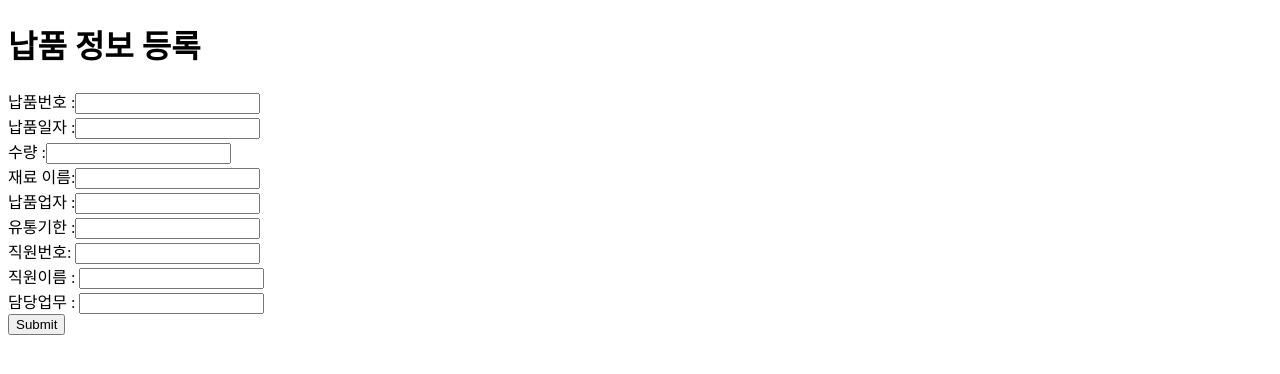
Repository: Awseok/InterDBTermProject
Page: FoodManager/WebContent/Supply_modify.html
An editor plug-in stored every save of this project. The page is shown before and after the next save, followed by the edit.
The browser window is 1280 px wide. The pictures show the whole page.

Above is the page before, as saved 2020-06-29 13:09:19.

### FoodManager/WebContent/Supply_modify.html
<!DOCTYPE html>
<html>
<head>
<meta charset="UTF-8">
<title>납품 정보 등록</title>
</head>
<body>
<h1> 납품 정보 등록 </h1>

<form action="http://localhost:8080/FoodManager/SupplyController">
납품번호 :<input type="number" name="sno"> <br />
납품일자 :<input type="text" name="sdate"> <br />
수량      :<input type="number" name="amount"> <br />
재료 이름:<input type="text" name="gname"> <br />
납품업자 :<input type="text" name="sname"> <br />
유통기한 :<input type="text" name="edate"> <br />

직원번호: <input type="number" name="eno"> <br />
직원이름 : <input type="text" name="name"> <br />
담당업무 : <input type="text" name="task"> <br />
<input type="submit">
</form>
</body>
</html>

After the next save:
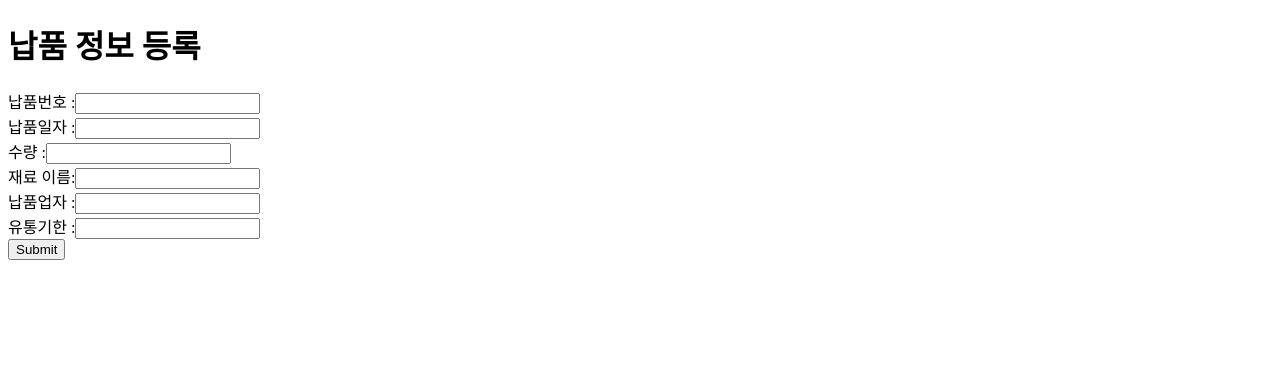
Saved 29 min 13 s later.
--- a/FoodManager/WebContent/Supply_modify.html
+++ b/FoodManager/WebContent/Supply_modify.html
@@ -15,9 +15,6 @@
 납품업자 :<input type="text" name="sname"> <br />
 유통기한 :<input type="text" name="edate"> <br />
 
-직원번호: <input type="number" name="eno"> <br />
-직원이름 : <input type="text" name="name"> <br />
-담당업무 : <input type="text" name="task"> <br />
 <input type="submit">
 </form>
 </body>
